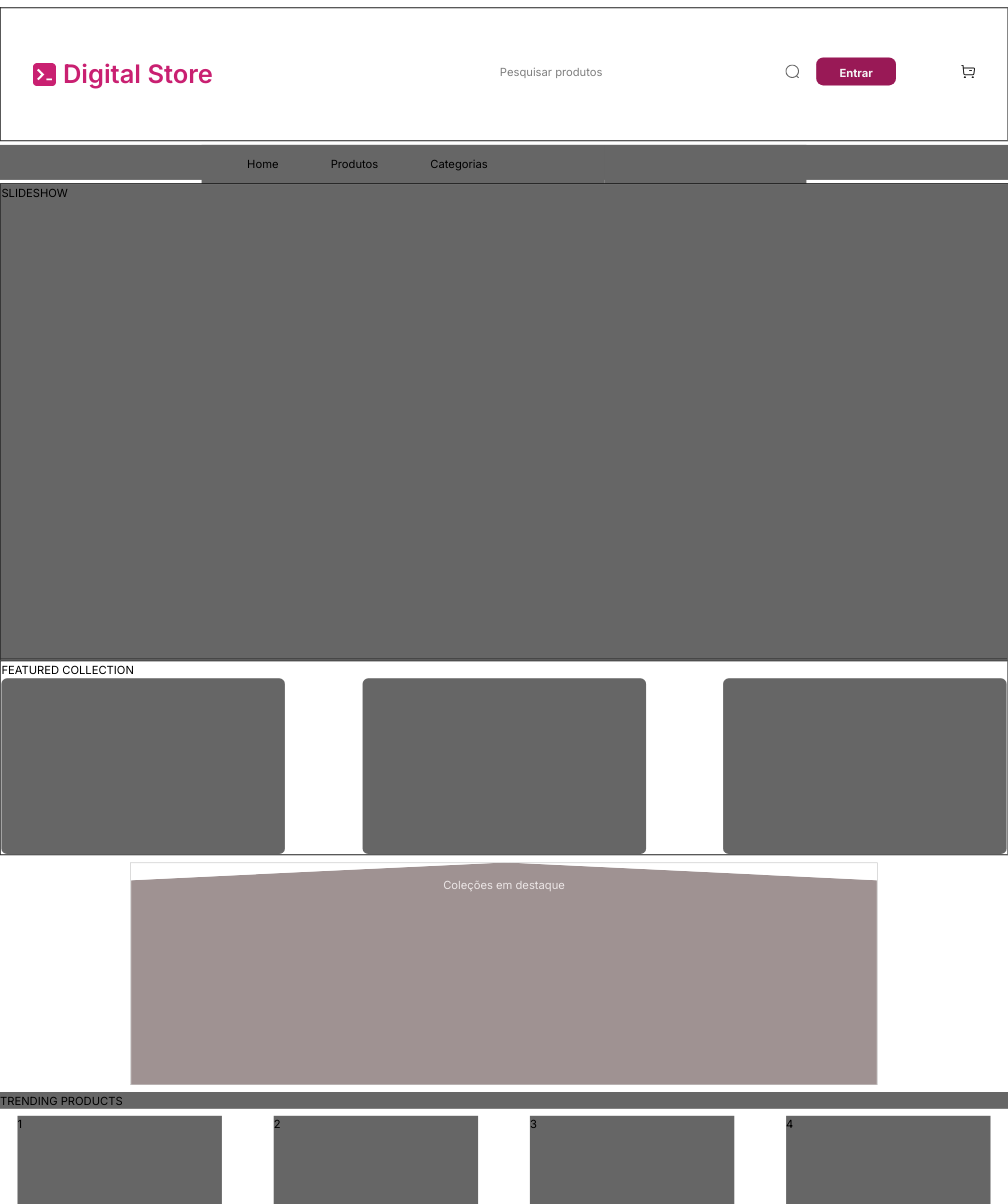
Repository: theophiloweb/landpage_disgital_store
Page: index.html
The author's editor kept a copy of each file at every save. The page is drawn from the files as they stood at one save, then again after the next save.
The browser window is 1280 px wide. The page is 1440 px wide, so the pictures cover 1440 px, including what lies to the right of the window. The pictures show the part of the page from y = 0 to 1720 px (the page is 3178 px tall), at 70% of full size.

Above is the page before, as saved 2025-04-24 11:13:24.

### index.html
<!DOCTYPE html>
<html lang="en">

<head>
    <meta charset="UTF-8">
    <meta name="viewport" content="width=device-width, initial-scale=1.0">
    <title>Document</title>
    <script src="https://cdn.jsdelivr.net/npm/@tailwindcss/browser@4"></script>
    <link rel="stylesheet" href="style.css">
    <link rel="shortcut icon" href="./images/logo.svg" type="image/x-icon">
</head>

<body>

    <!-- Container principal  -->
    <div class="container">

        <header>

            <div class="logotipo">

                <div class="logotipo_img">
                    <img src="./images/logo.svg" alt="Logo" />
                </div>
                <div class="logotipo_text">
                    <p>Digital Store</p>
                </div>


            </div>

            <div class="search_bar">

                <div class="search_bar_input">
                    <div class="search-wrapper">
                        <input type="text" placeholder="Pesquisar produtos" class="input_search" />
                        <img src="./images/search.svg" alt="Ícone de busca" class="search-icon" />
                    </div>
                    <button type="button" class="button_login">Entrar</button>
                    <img src="./images/buy0.svg" alt="buy" class="buy_icon" />
                </div>
            </div>

        </header>

        <nav>
            <ul class="nav_links">
                <li>Home</li>
                <li>Produtos</li>
                <li>Categorias</li>
                <li>Meus Pedidos</li>
            </ul>

            <p class="nav_empty"></p>
        </nav>

        <main>

            <aside>

                <section class="slideshow">
                    <p>SLIDESHOW</p>
                </section>

                <section class="featured_collection">
                    <p>FEATURED COLLECTION</p>
                    <div class="img_featured_collection">
                        <div class="img_featured_collection_img1"></div>
                        <div class="img_featured_collection_img2"></div>
                        <div class="img_featured_collection_img3"></div>
                    </div>
                </section>

                <section class="featured_collection_2">

                    <div class="featured_collection_2_box1">
                        <div class="featured_collection_2_box2">
                            <p>Coleções em destaque</p>
                        </div>
                    </div>


                </section>

                <section class="trending_products">
                    <p>TRENDING PRODUCTS</p>
                    <div class="boxs_trending_products">
                        <div class="box1">1</div>
                        <div class="box2">2</div>
                        <div class="box3">3</div>
                        <div class="box4">4</div>
                        <div class="box5">5</div>
                        <div class="box6">6</div>
                        <div class="box7">7</div>
                        <div class="box8">8</div>
                    </div>
                </section>

                <section class="special_offer">

                    <div class="special_offer_grp_img">
                        <div class="elipse_special_offer">E</div>
                    </div>

                    <div class="special_offer_text">
                        <p>Oferta especial</p>
                        <h2>Air Jordan edição de colecionador</h2>
                        <p>Lorem ipsum dolor sit amet, consectetur adipiscing elit, sed do eiusmod tempor incididunt ut
                            labore et dolore magna aliqua. Ut enim ad minim veniam, quis nostrud exercitation ullamco
                            laboris nisi ut aliquip</p>

                    </div>

                </section>

            </aside>
        </main>
    </div>
    <footer class="footer">

        <div class="logo_footer">Logo Footer</div>

        <div class="links_utils">
            <div class="information">Information</div>
            <div class="categories">Categories</div>
            <div class="contact">Contact</div>
        </div>

    </footer>
</body>

</html>

### style.css
@import url("https://fonts.googleapis.com/css2?family=Inter:ital,opsz,wght@0,14..32,100..900;1,14..32,100..900&family=Oswald:wght@200..700&family=Roboto:ital,wght@0,100..900;1,100..900&display=swap");

:root {
  --color-dark: #1f1f1f;
  --dark-gray-1: #474747;
  --dark-gray-2: #666666;
  --light-gray-1: #8f8f8f;
  --light-gray-2: #cccccc;
  --light-gray-3: #f5f5f5;
  --white: #ffffff;
  --primary: #c92071;
  --secundary: #b5b6f2;
  --tTertiary: #991956;
  --error: #ee4266;
  --success: #52ca76;
  --warning: #f6aa1c;
  --primary-g: linear-gradient(top, #c92071 0%, #edabca 100%);
  --secondary-g: linear-gradient(top, #b5b6f2 0%, #efefff 100%);
  --offset: 40px;
}

* {
  margin: 0;
  padding: 0;
  box-sizing: border-box;
  font-family: "Inter", sans-serif;
}

body {
  width: 100%;
  height: auto;
  display: grid;
  place-items: center;
  grid-template-columns: auto;
  grid-template-rows: auto;
}

.container {
  margin-top: 10px;
  display: grid;
  grid-template-rows: 1fr;
  place-items: center;
  max-width: 1440px;
  gap: 5px;
}

/* Header */
header {
  display: flex;
  gap: 10px;
  justify-content: center;
  border: 2px groove var(--color-dark);
  width: 1440px;
  height: 192px;

}

.logotipo {
  display: flex;
  gap: 10px;
  justify-content: space-around;
  align-items: center;

}

.logotipo_img {
  width: 33px;
  height: 33px;
}

.logotipo_text {
  font-size: 36.4px;
  font-family: "Inter";
  font-weight: 600;
  color: rgba(201, 32, 113, 1);
}

.search_bar_input {
  margin-top: 60px;
  margin-left: 400px;
  display: flex;
  gap: 24px;
  justify-content: space-around;
  align-items: center;
}

.search-wrapper {
  display: flex;
  align-items: center;
  gap: 0.5rem;

}

.input_search {
  background: var(--white);
  border-radius: 8px;
  opacity: 9;
  width: 400px;
  height: 60px;
}

.search_icon {
  position: absolute;

  color: var(--dark-gray-2);
  left: -50px;
}

.button_login {
  width: 114px;
  height: 40px;
  color: var(--light-gray-3, #f5f5f5);
  text-align: center;
  font-family: "Inter", sans-serif;
  font-size: 16px;
  font-weight: 700;
  background-color: var(--tTertiary);
  padding: 10px;
  border-radius: 10px;
}

.buy_icon {
  margin-left: 69px;
}

/* Section Central Nav */
nav {
  display: grid;
  grid-template-columns: 1fr 1fr 1fr 1fr 1fr;
  grid-template-rows: 1fr;

  width: 1440px;
  height: 50px;
  background-color: var(--dark-gray-2);
}

.nav_links {
  list-style: none;
  grid-column: 2 / 4;


}

.nav_links li {
  display: inline-block;
  margin-left: 60px;
  margin-top: 10px;
  padding: 5px;
}

.nav_links {
  background-color: var(--dark-gray-2);
}

.nav_empty {
  background-color: var(--dark-gray-2);
}

/* Section Central Slideshow */
.slideshow {
  border: 2px groove var(--color-dark);
  width: 1440px;
  height: 681px;
  background-color: var(--dark-gray-2);
}

/* Section Central featured_collection - Image */
.featured_collection {
  border: 2px groove var(--color-dark);
  max-width: 1440px;
}

.img_featured_collection {
  display: flex;

  justify-content: space-between;
}

.img_featured_collection_img1 {
  width: 405px;
  height: 251px;
  border-radius: 8px;
  background-color: var(--dark-gray-2);
}

.img_featured_collection_img2 {
  width: 405px;
  height: 251px;
  border-radius: 8px;
  background-color: var(--dark-gray-2);
}

.img_featured_collection_img3 {
  width: 405px;
  height: 251px;
  border-radius: 8px;
  background-color: var(--dark-gray-2);
}

/* Section Central featured_collection 2 */
.featured_collection_2 {
  display: flex;
  justify-content: center;
  max-width: 1440px;
  margin-top: 10px;
}

.featured_collection_2_box1 {
  width: 1067.5px;
  height: 317.5px;
  position: relative;
  display: flex;
  justify-content: center;
  align-items: center;
  box-sizing: border-box;
  border: 1px solid #ccc;
  margin: 92.5px 0 156px 0 216.5px;
}

.featured_collection_2_box2 {
  width: 1067.5px;
  height: 317.5px;
  border: none;
  border-radius: 0;
  position: relative;
  overflow: hidden;
  background: none;
  -webkit-clip-path: polygon(0% 8%, 50% 0%, 100% 8%, 100% 100%, 0% 100%);
  clip-path: polygon(0% 8%, 50% 0%, 100% 8%, 100% 100%, 0% 100%);
  box-sizing: border-box;
}

.featured_collection_2_box2::before {
  content: "";
  position: absolute;
  top: 0;
  left: 0;
  width: 100%;
  height: 100%;
  background-color: rgb(159, 146, 146);
  -webkit-clip-path: polygon(0% 8%, 50% 0%, 100% 8%, 100% 100%, 0% 100%);
  clip-path: polygon(0% 8%, 50% 0%, 100% 8%, 100% 100%, 0% 100%);
  z-index: 1;
}

.featured_collection_2_box2::after {
  content: "";
  position: absolute;
  top: 2px;
  left: 2px;
  width: calc(100% - 4px);
  height: calc(100% - 4px);
  background-color: transparent;
  -webkit-clip-path: polygon(0% 8%, 50% 0%, 100% 8%, 100% 100%, 0% 100%);
  clip-path: polygon(0% 8%, 50% 0%, 100% 8%, 100% 100%, 0% 100%);
  z-index: 2;
}

.featured_collection_2_box2 p {
  position: relative;
  z-index: 3;
  color: rgb(236, 230, 230);
  padding: 20px;
  text-align: center;
}

/* trending_products */

.trending_products {
  margin-top: 10px;
  display: flex;
  flex-direction: column;
}

.trending_products p {
  background-color: var(--dark-gray-2);
}

.boxs_trending_products {
  margin-top: 10px;
  display: grid;
  grid-template-columns: repeat(4, 1fr);
  grid-template-rows: repeat(2, 1fr);
  gap: 24px;
  justify-items: center;
  align-items: stretch;
}

.boxs_trending_products .box1 {
  background-color: var(--dark-gray-2);
  width: 292px;
  height: 321px;
}

.boxs_trending_products .box2 {
  background-color: var(--dark-gray-2);
  width: 292px;
  height: 321px;
}

.boxs_trending_products .box3 {
  background-color: var(--dark-gray-2);
  width: 292px;
  height: 321px;
}

.boxs_trending_products .box4 {
  background-color: var(--dark-gray-2);
  width: 292px;
  height: 321px;
}

.boxs_trending_products .box5 {
  background-color: var(--dark-gray-2);
  width: 292px;
  height: 321px;
}

.boxs_trending_products .box6 {
  background-color: var(--dark-gray-2);
  width: 292px;
  height: 321px;
}

.boxs_trending_products .box7 {
  background-color: var(--dark-gray-2);
  width: 292px;
  height: 321px;
}

.boxs_trending_products .box8 {
  background-color: var(--dark-gray-2);
  width: 292px;
  height: 321px;
}

/* Section Central special_offer */

.special_offer {
  display: flex;
  gap: 99px;
  justify-content: space-around;
  max-width: 1440px;
  margin-top: 10px;
  background-color: var(--light-gray-2);
  height: 553px;
  flex-shrink: 0;
}

.special_offer_grp_img {
  width: 573px;
  height: 330px;
  /*background: url(./images/Laye\ 1.svg) var(--white) 100% / cover no-repeat; */
  background-color: var(--light-gray-2);
  margin: 32px 0 191px 20px;
}

.elipse_special_offer {
  width: 466px;
  height: 466px;
  flex-shrink: 0;
  border-radius: 466px;
  border: 1px solid #000;
  background: linear-gradient(180deg,
      rgba(66, 0, 255, 0.25) -40.67%,
      rgba(255, 255, 255, 0) 100%);
}

.special_offer_text {
  width: 573px;
  height: 330px;
  background-color: var(--light-gray-2);
  margin-top: 32px;
  margin-right: 159px;
}

.special_offer_text p {
  color: var(--primary, #c92071);
  font-feature-settings: "liga" off, "clig" off;
  font-family: Inter;
  font-size: 14px;
  font-style: normal;
  font-weight: 700;
  line-height: 22px;
  /* 157.143% */
  letter-spacing: 0.75px;
}

.special_offer_text h2 {
  color: var(--dark-gray-2, #474747);
  font-feature-settings: "liga" off, "clig" off;
  font-family: Inter;
  font-size: 48px;
  font-style: normal;
  font-weight: 700;
  line-height: 50px;
  /* 104.167% */
  letter-spacing: 1px;
}

.special_offer_text:last-child p {
  color: var(--dark-gray-2, #474747);
  font-feature-settings: "liga" off, "clig" off;
  font-family: Inter;
  font-size: 16px;
  font-style: normal;
  font-weight: 400;
  line-height: 28px;
  /* 175% */
  letter-spacing: 0.75px;
}

/* Footer */

footer {
  display: flex;
  gap: 205px;
  justify-content: center;
  justify-content: space-around;
  background-color: var(--dark-gray-2);
  width: 1440px;
  height: 454px;
  flex-shrink: 0;
  margin-top: -99px;
}

.logo_footer {
  width: 307px;
  height: 300px;
  background-color: var(--white);
  margin-top: 72px;
}

.links_utils {
  display: flex;
  gap: 10px;
  margin-top: 72px;
}

.information {
  width: 250px;
  height: 300px;
  background-color: var(--white);
}

.categories {
  width: 250px;
  height: 300px;
  background-color: var(--white);
}

.contact {
  width: 250px;
  height: 300px;
  background-color: var(--white);
}

After the next save:
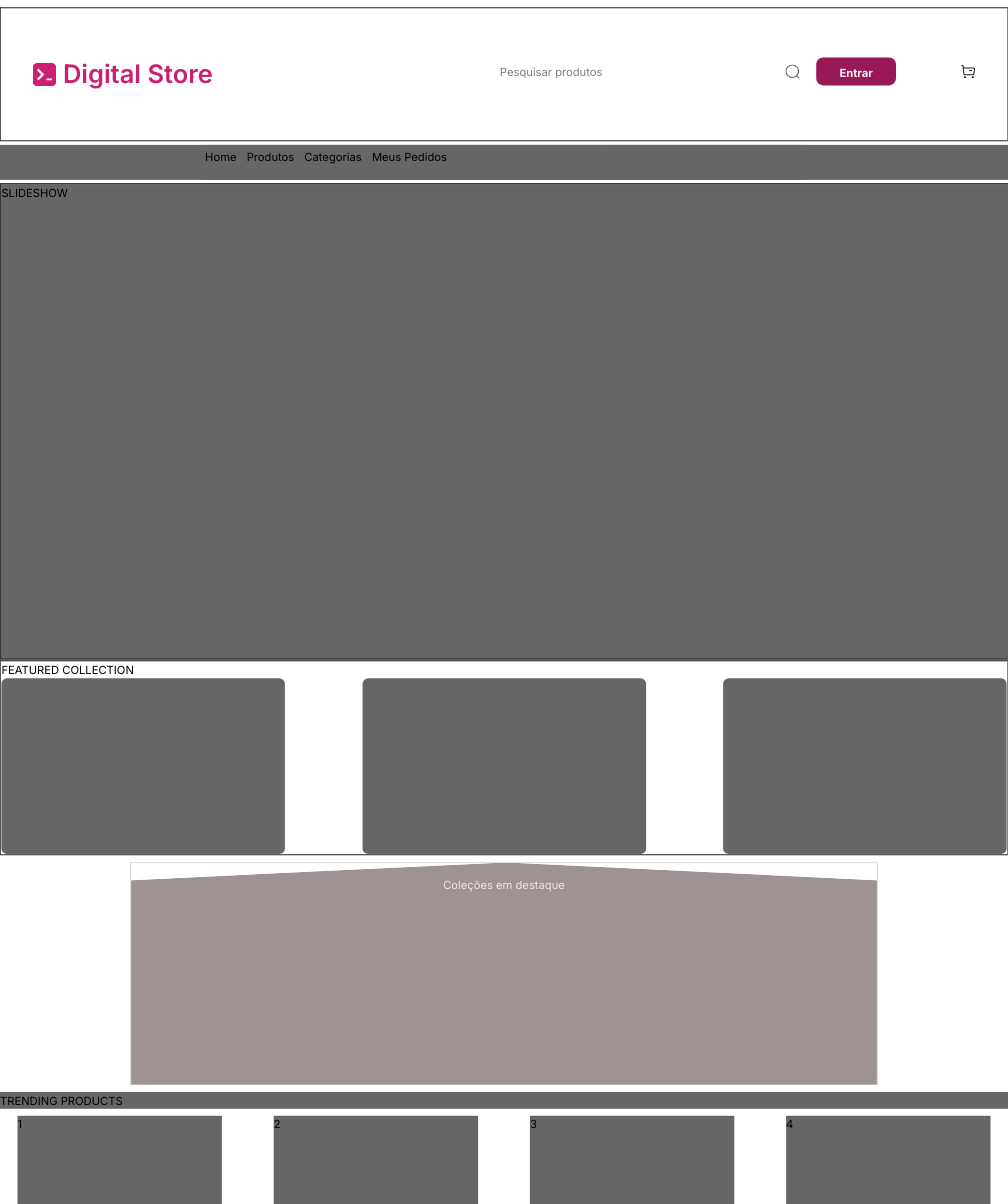
Saved 32 s later.
--- a/style.css
+++ b/style.css
@@ -143,8 +143,7 @@ nav {
 
 .nav_links li {
   display: inline-block;
-  margin-left: 60px;
-  margin-top: 10px;
+
   padding: 5px;
 }
 
